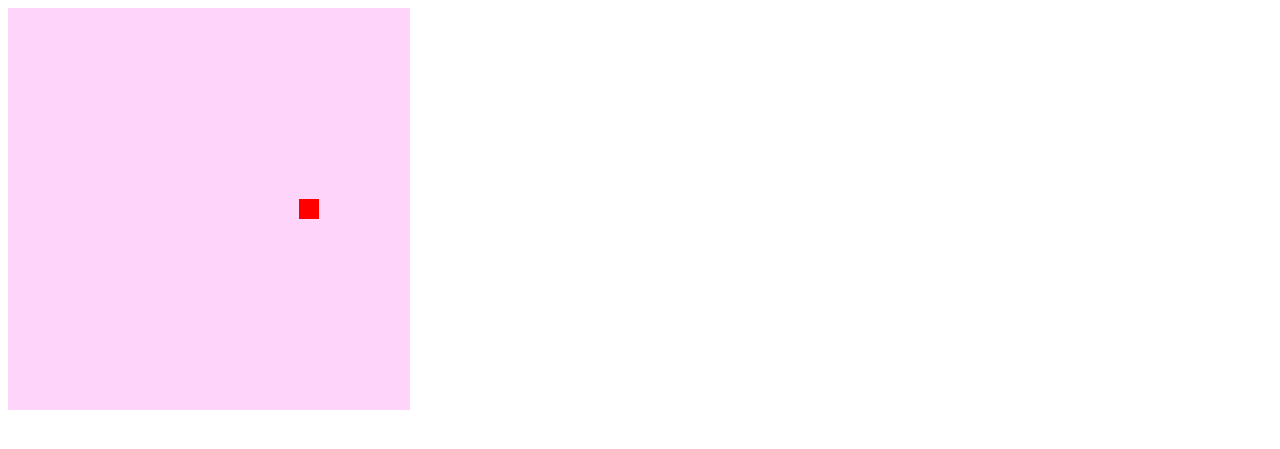
Repository: HyunraDate/ZhongpingShen
Page: Chocolate.html
These files come from the project's save history. The page is drawn as it stood at one moment and after the next save; the edit follows.
The browser window is 1280 px wide. The pictures show the whole page.

Above is the page before, as saved 2024-02-16 14:38:10.

### Chocolate.html
 <!DOCTYPE html>
 <html lang="en">
 <head>
    <meta charset="UTF-8">
    <meta name="viewport" content="width=device-width, initial-scale=1.0">
    <title>Valentines Day</title>
    <style>
      #webgl {
         border: 1px solid #ffd4fb;
      }
    </style>
 </head>

 <body>
    <canvas id="webgl" width="400" height="400">
      情人节快乐！
    </canvas>
    <script type="module" src="app2.js"></script>
 </body>
 </html>

### app2.js
//js往shader里传数据
import initShaders from './initShaders.js'

let canvas = document.getElementById('webgl')
let gl = canvas.getContext('webgl') //webgl 是3d，2d直接写2d


//vertexShader, fragmentShader 组成program


//后面要独立出来 因为these are all 字符串
//if you wanna use JS get data, like point

let vertexShader = `
attribute vec2 a_position;
void main() {
    gl_Position = vec4(a_position, 0.0, 1.0);
    gl_PointSize = 20.0;
}
`
//glsl

//this is 像素点的颜色的信息
let fragmentShader = `
void main() {
    gl_FragColor = vec4(1.0, 0.0, 0.0, 1.0);
}
`
//vec4是四维的向量
//对于三维空间的变换举证，必须要四维works, depends on 线性代数。一般为了简化运算是1.0 bzw.vec4(1.0, 0.0, 0.0, 1.0);
//usually float like:float size = 20.0; gl_PointSize = size;



initShaders(gl, vertexShader, fragmentShader) //执行函数
//==================in initShaders.js=========================================
// //Step3 封装成初始化的Shader 后面可以一直用
// function initShaders(gl, vertexSource, fragmentSource) {
//     let vertexShader = createShader(gl, gl.VERTEX_SHADER, vertexSource)
//     let fragmentShader= createShader(gl, gl.FRAGMENT_SHADER, fragmentSource)

//     let program = createProgram(gl, vertexShader, fragmentShader)

//     if (program){
//         gl.useProgram(program)
//         //为了获得program的作用域，所有把他挂在gl对象上，as a 属性
//         gl.program = program
//         return true
//     }
//     else{
//         console.log('failed to create program')
//         return false
//     }
// }

// console.log(gl.program)

// //this is 容器
// //let`s 封装
// /**
//  * create Shades Step1
//  */
// function createShader(gl, type, source){
//     let shader = gl.createShader(type)
//     gl.shaderSource(shader, source)

//     gl.compileShader(shader)

//     //complie shader result 有可能失败//对于错误的处理
//     let compiLe = gl.getShaderParameter(shader, gl.COMPILE_STATUS)
//     if (compiLe) {
//         return shader
//     }
//     else {
//         console.log('compile shader error' + error)
//         gl.deleteShader(shader)
//         return null
//     }
// }

// //咁你就可以直接调用函数啦 //封装去function initShaders里面啦
// // let vertexShader = createShader(gl, gl.VERTEX_SHADER, vertexSource)
// // let fragmentShader= createShader(gl, gl.FRAGMENT_SHADER, fragmentSource)

// //U dont need these anymore, they are in function now
// // let vertexShader = gl.createShader(gl.VERTEX_SHADER)
// // let fragmentShader = gl.createShader(gl.FRAGMENT_SHADER)

// // gl.shaderSource(vertexShader, vertexSource) //this is 源代码
// // gl.shaderSource(fragmentShader, fragmentSource)

// // gl.compileShader(vertexShader)
// // gl.compileShader(fragmentShader)

// //program
// /**
//  * create Program Step2
//  */
// function createProgram(gl, vertexShader, fragmentShader){ //()内传入参数
//     let program = gl.createProgram()
//     if(!program) return null //d.h 创建的时候如果有问题会变成null

//     gl.attachShader(program, vertexShader)
//     gl.attachShader(program, fragmentShader)

//     gl.linkProgram(program)
//     //link program result
//     let linked = gl.getProgramParameter(program, gl.LINK_STATUS)
//     if (linked) {
//         // gl.useProgram(program) 封装去function initShaders里面啦
//         return program
//     }
//     else{
//         let error = gl.getPrpgramInfoLog(program)
//         console.log('link program error' + error)
//         gl.deleteProgram(program)
//         gl.deleteShader(vertexShader)
//         gl.deleteShader(fragmentShader)
//         return null
//     }

// }

// 你也要封装去function initShaders里面啦
// createProgram(gl, vertexShader, fragmentShader)

//==================in initShaders.js=========================================

//webgl (3d) //清空canvas画布
//gl.clearColor(0.5, 0.5, 0.5, 1.0)  //(0.0, 0.0, 0.0, 1.0)Black //RGB + Ahpha透明通道，0.0完全透明
//gl.clear(gl.COLOR_BUFFER_BIT) //大写：常量 like Math.PI //this is 清空颜色*(整个画布)

//ps if you wanna #ffd4fb，你可以将其转换为RGB值，然后将每个分量除以255.0来得到相应的浮点数。
// 将颜色#ffd4fb转换为浮点数
let r = 255 / 255.0;
let g = 212 / 255.0;
let b = 251 / 255.0;

// 设置清除颜色
gl.clearColor(r, g, b, 1.0);
gl.clear(gl.COLOR_BUFFER_BIT)

//let position = [0.6, 0.0] //in this way 我们改东西只需要在js中改

let x = 0.5
let y = 0
for(let i = 0; i < 10; i++){
    let location = gl.getAttribLocation(gl.program, 'a_position') //传参：我们WebGL的名称：program
    console.log(location) //获取成功是0，失败是-1

    //写法2
    gl.vertexAttrib2f(location, x, y) //ES6写法
    //gl.vertexAttrib2fv(location, new Float32Array(position)) //both ok *这里2fv 有v
    //画一个点
    gl.drawArrays(gl.POINTS, 0,1)
}


//写法1
//gl.vertexAttrib1f(location, 0.6, 0.0)
//1f float, 2f 2D, 3f 3D, 这段代码传到上面的 let vertexShader中。



//webgl (2d)
//ctx.fillRect(0, 0, 400, 400)
// gl.fillStyle = 'fuchsia'
// gl.fillRect(0, 0, 400, 400)

console.log(gl.program)
//因为后面画东西的时候会用到gl.program

### initShaders.js
//Step3 封装成初始化的Shader 后面可以一直用
export default function initShaders(gl, vertexSource, fragmentSource) {
    let vertexShader = createShader(gl, gl.VERTEX_SHADER, vertexSource)
    let fragmentShader= createShader(gl, gl.FRAGMENT_SHADER, fragmentSource)

    let program = createProgram(gl, vertexShader, fragmentShader)

    if (program){
        gl.useProgram(program)
        //为了获得program的作用域，所有把他挂在gl对象上，as a 属性
        gl.program = program
        return true
    }
    else{
        console.log('failed to create program')
        return false
    }
}

//console.log(gl.program)

//this is 容器
//let`s 封装
/**
 * create Shades Step1
 */
function createShader(gl, type, source){
    let shader = gl.createShader(type)
    gl.shaderSource(shader, source)

    gl.compileShader(shader)

    //complie shader result 有可能失败//对于错误的处理
    let compiLed = gl.getShaderParameter(shader, gl.COMPILE_STATUS)
    if (compiLed) {
        return shader
    }
    else {
        console.log('compile shader error' + error)
        gl.deleteShader(shader)
        return null
    }
}

//咁你就可以直接调用函数啦 //封装去function initShaders里面啦
// let vertexShader = createShader(gl, gl.VERTEX_SHADER, vertexSource)
// let fragmentShader= createShader(gl, gl.FRAGMENT_SHADER, fragmentSource)

//U dont need these anymore, they are in function now
// let vertexShader = gl.createShader(gl.VERTEX_SHADER)
// let fragmentShader = gl.createShader(gl.FRAGMENT_SHADER)

// gl.shaderSource(vertexShader, vertexSource) //this is 源代码
// gl.shaderSource(fragmentShader, fragmentSource)

// gl.compileShader(vertexShader)
// gl.compileShader(fragmentShader)

//program
/**
 * create Program Step2
 */
//把两个shader放在一起
function createProgram(gl, vertexShader, fragmentShader){ //()内传入参数
    let program = gl.createProgram()
    if(!program) return null //d.h 创建的时候如果有问题会变成null

    gl.attachShader(program, vertexShader)
    gl.attachShader(program, fragmentShader)

    gl.linkProgram(program)
    //link program result
    let linked = gl.getProgramParameter(program, gl.LINK_STATUS)
    if (linked) {
        // gl.useProgram(program) 封装去function initShaders里面啦
        return program
    }
    else{
        let error = gl.getPrpgramInfoLog(program)
        console.log('link program error' + error)
        gl.deleteProgram(program)
        gl.deleteShader(vertexShader)
        gl.deleteShader(fragmentShader)
        return null
    }

}

After the next save:
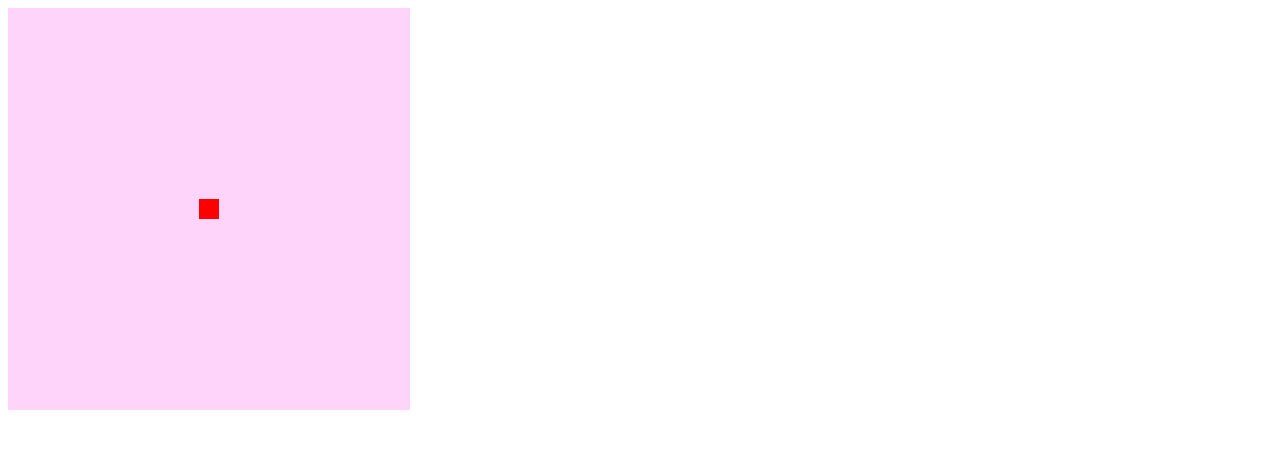
Saved 13 s later.
--- a/app2.js
+++ b/app2.js
@@ -142,7 +142,7 @@ gl.clear(gl.COLOR_BUFFER_BIT)
 
 //let position = [0.6, 0.0] //in this way 我们改东西只需要在js中改
 
-let x = 0.5
+let x = 0
 let y = 0
 for(let i = 0; i < 10; i++){
     let location = gl.getAttribLocation(gl.program, 'a_position') //传参：我们WebGL的名称：program
